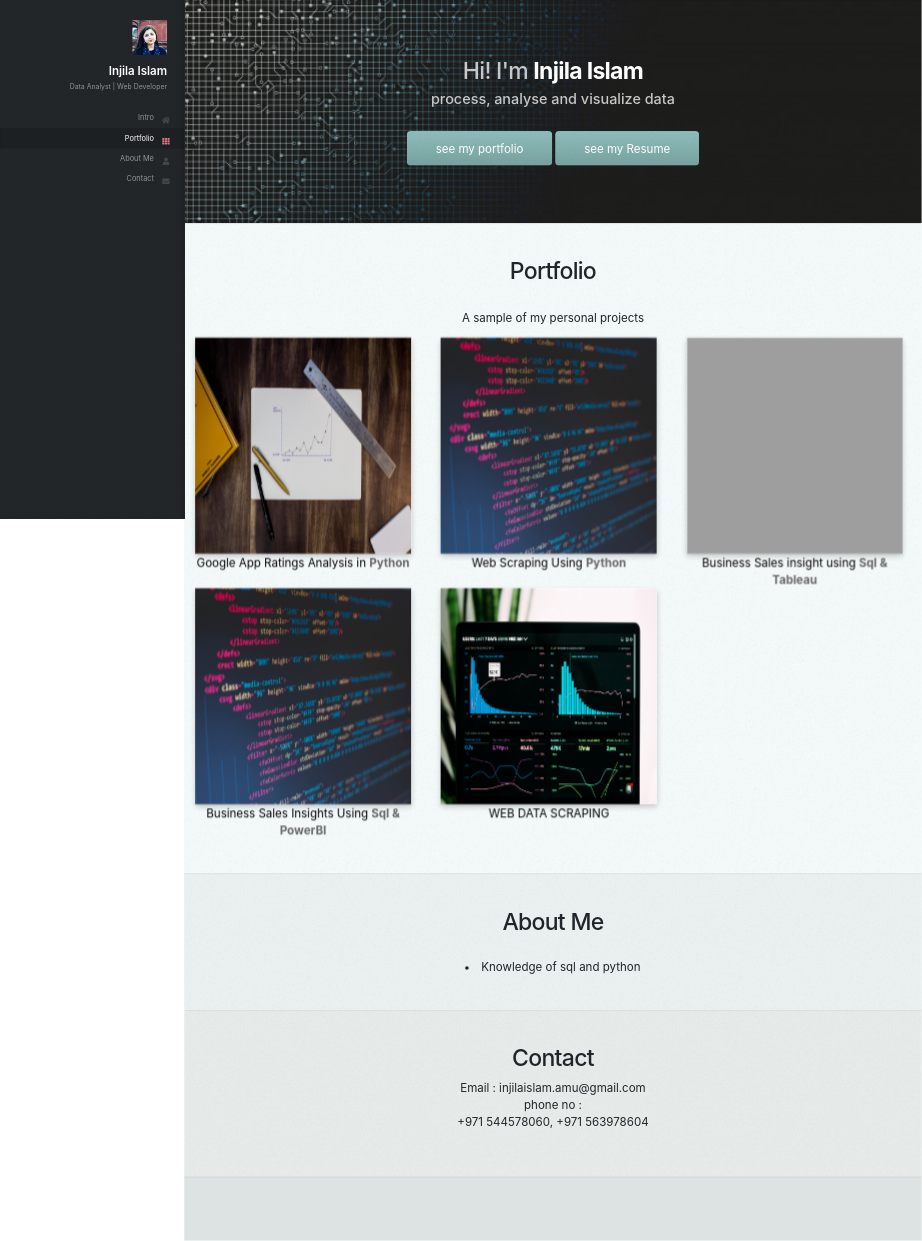
Repository: IslamInjila/new_portfolio
Page: index.html
These files come from the project's save history. The page is drawn as it stood at one moment and after the next save; the edit follows.
The browser window is 1280 px wide. The pictures show the whole page, at 72% of full size.
Pictures or frames that could not be fetched are drawn as grey boxes. Some web libraries are served in a nearby version.

Above is the page before, as saved 2021-06-03 00:15:32.
Console error: TypeError: Cannot read properties of undefined (reading 'fn')

After the next save:
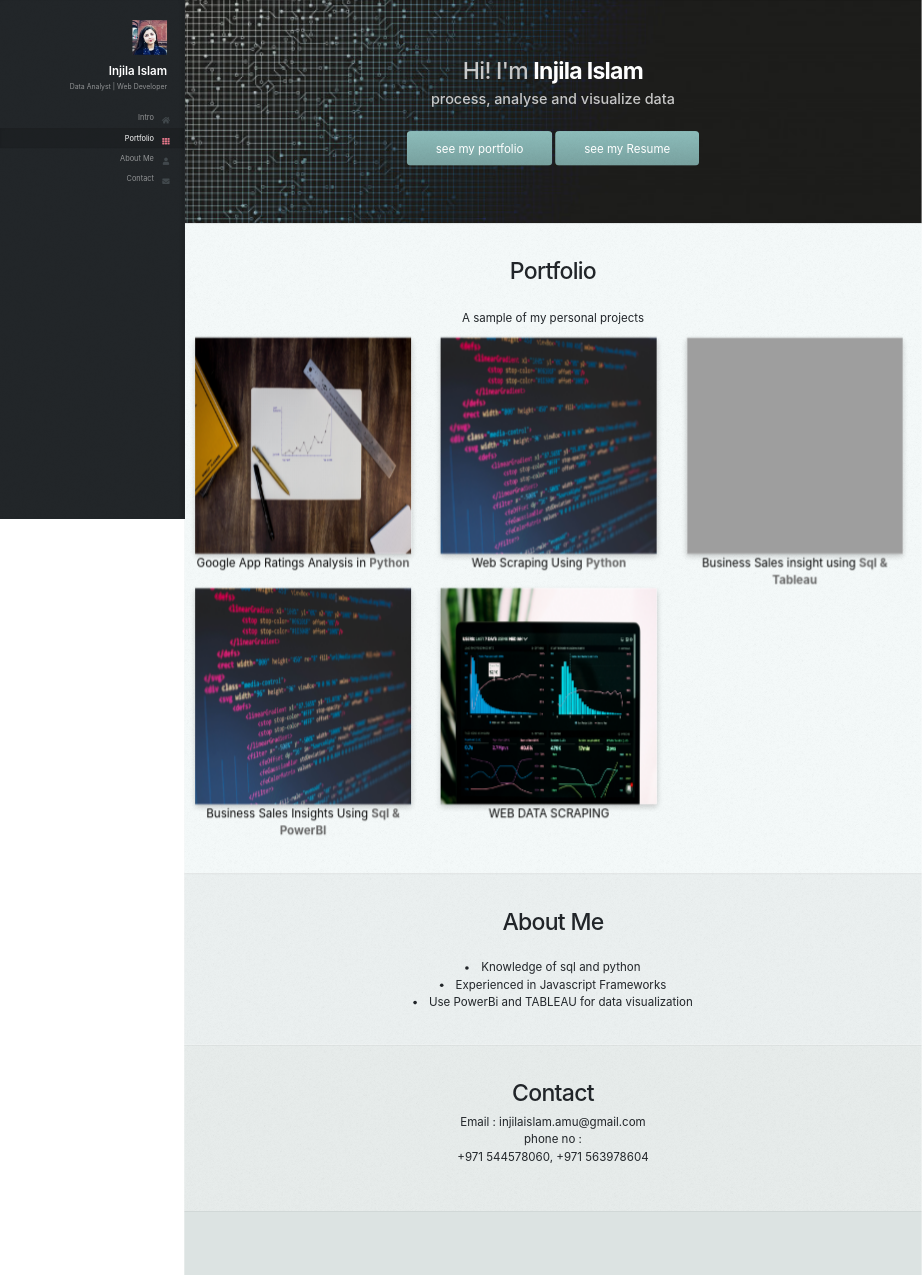
Saved 105 s later.
--- a/index.html
+++ b/index.html
@@ -260,6 +260,9 @@
                                <li>
 								   Knowledge of sql and python
 							   </li>
+							   <li> Experienced in Javascript Frameworks</li>
+							  <li> Use PowerBi and TABLEAU for data visualization</li>
+
 
 						</div>
 					</section>
